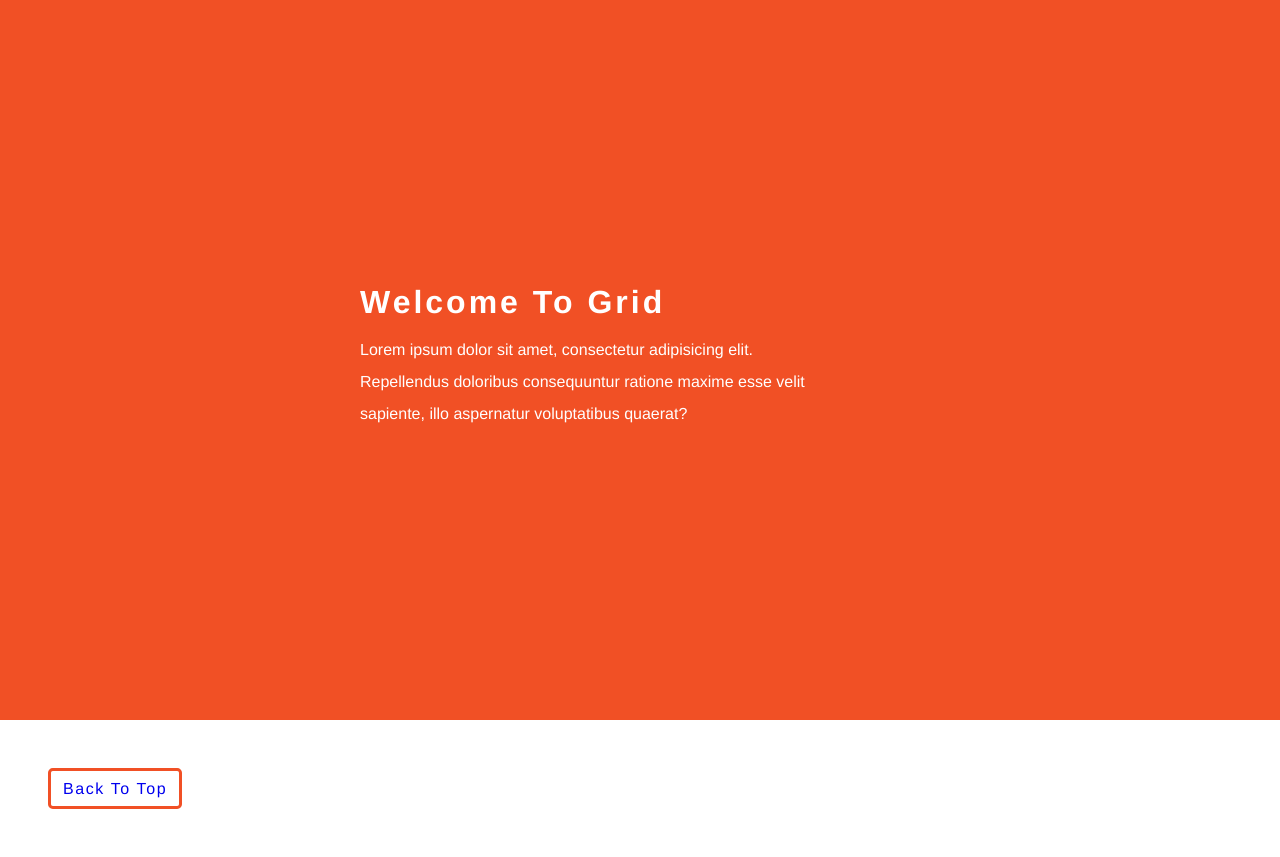
Repository: Ndifoinhilary/css_grid
Page: css-grid-learn/hero.html
An editor plug-in stored every save of this project. The page is shown before and after the next save, followed by the edit.
The browser window is 1280 px wide. The pictures show the whole page.
Backgrounds fixed to the window are drawn as part of the page.

Above is the page before, as saved 2024-01-28 17:18:28.

After the next save:
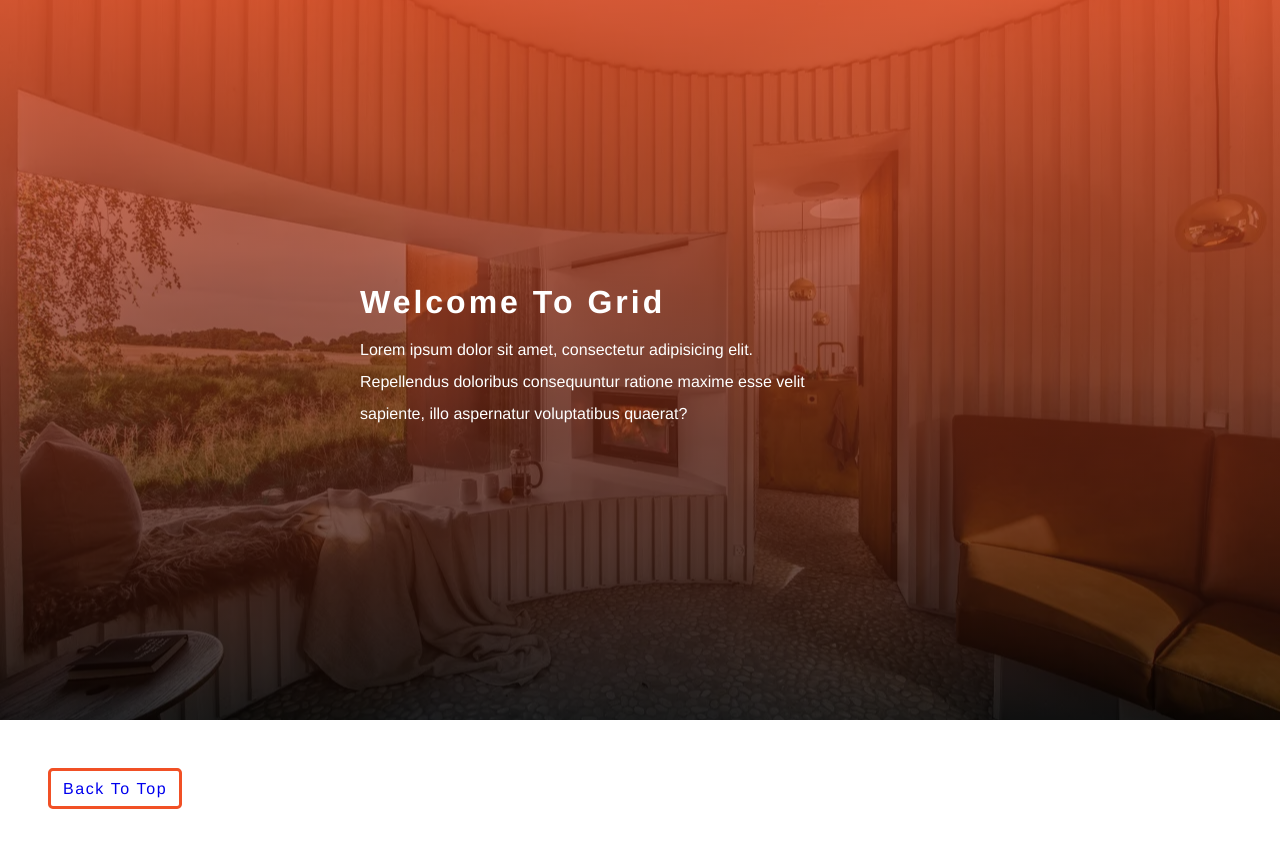
Saved 5 min 39 s later.
--- a/css-grid-learn/main.css
+++ b/css-grid-learn/main.css
@@ -168,6 +168,6 @@ hero css here
  }
  @media screen and (min-width:768px) {
     .hero-header{
-        background:linear-gradient(rgba(), rgba(0,0,0,0.1)) ,url(../images/i1.webp)center/cover fixed no-repeat ;
+        background:linear-gradient(rgba(241, 80 , 37,0.75), rgba(0,0,0,0.75)) ,url(../images/i1.webp)center/cover fixed no-repeat ;
     }
  }
